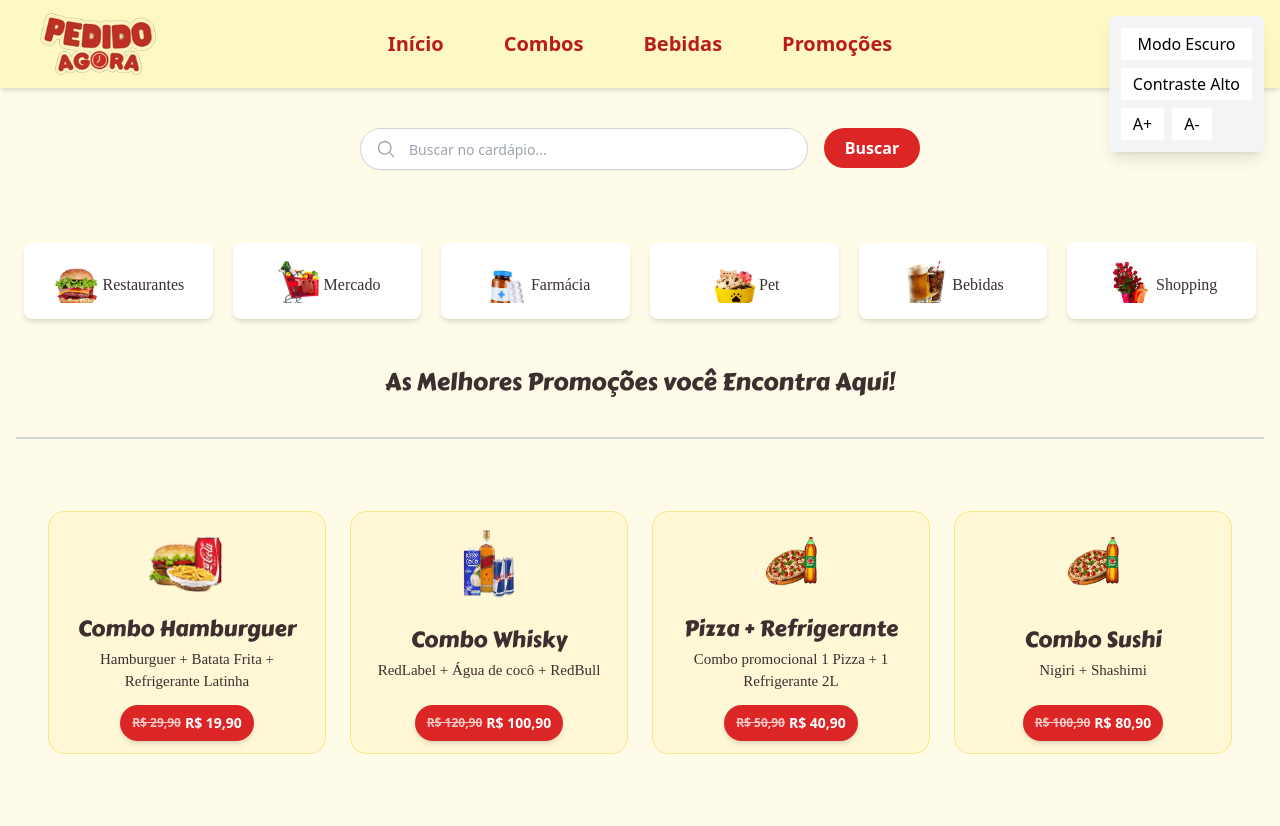
Repository: edufilhocruz/pedidoagora
Page: /pagePromocoes
These files come from the project's save history. The page is drawn as it stood at one moment and after a run of saves; the edit follows.
The browser window is 1280 px wide. The pictures show the whole page.
Some web fonts or font styles are not loaded; a fallback is used. The project was rebuilt for these pictures with package versions that can differ from the ones it lists, and the page was loaded fresh each time. The framework's server and built-in components were replaced by stand-ins that run in the browser. Also part of the build but not shown: next.config.mjs, src/components/CardsRestaurantes.jsx.

Above is the page before, as saved 2025-06-21 20:57:15.

After the next 2 saves:
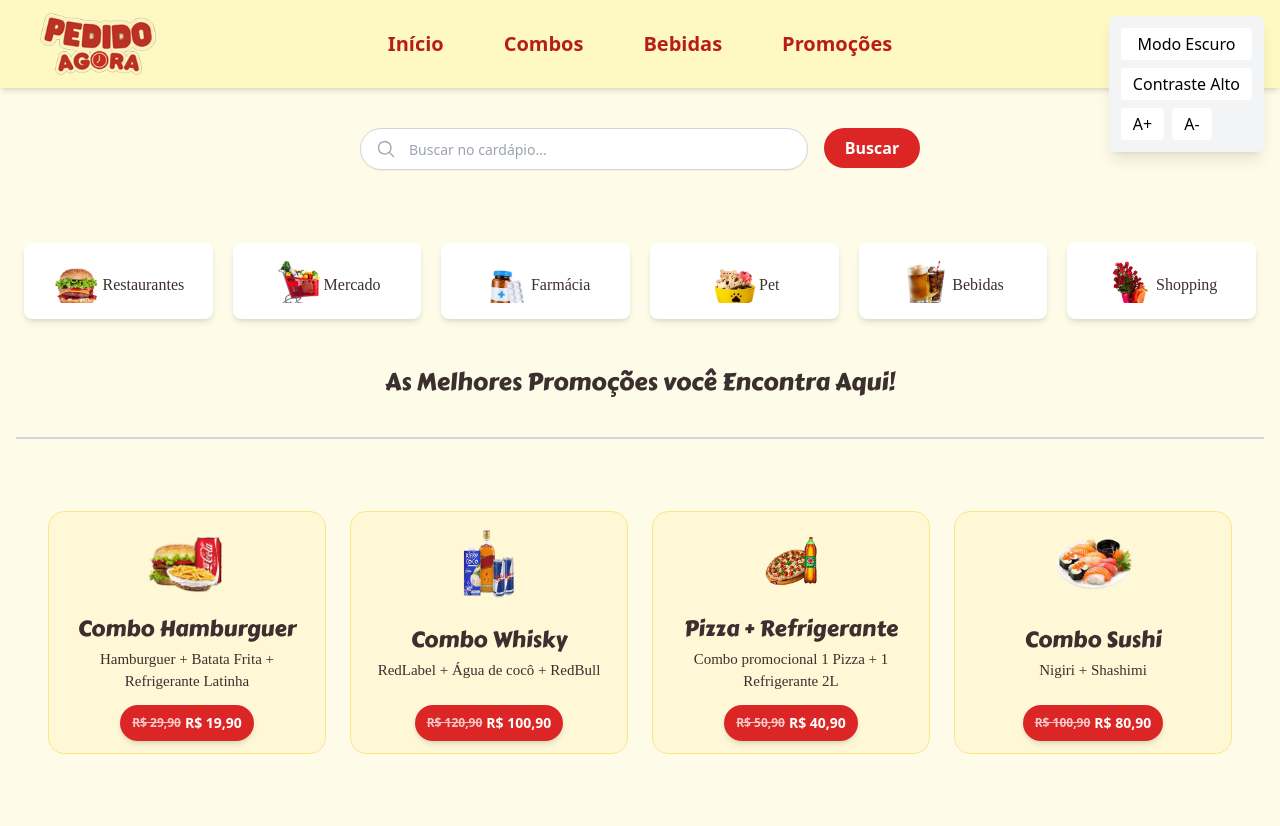
The 2 saves are shown as one change because they came seconds apart.
The last was saved 13 s later.
--- a/src/components/PagePromocoes/CardsPromocoes.jsx
+++ b/src/components/PagePromocoes/CardsPromocoes.jsx
@@ -35,7 +35,7 @@
         description: 'Nigiri + Shashimi ',
         originalPrice: "R$ 100,90",
         discountPrice: "R$ 80,90",
-        image: "/images/comboPizza.png",
+        image: "/images/ComboSushi.png",
     },
     ];
 
